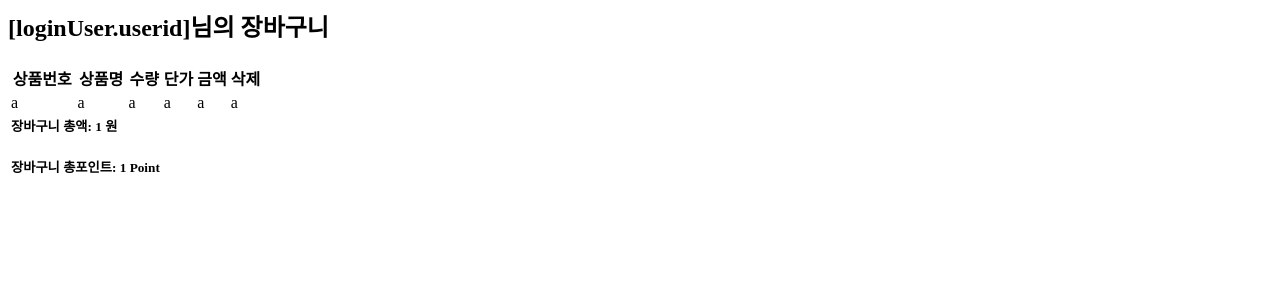
Repository: Jayking0215/myjava
Page: http://localhost/SpringWeb/WEB-INF/views/shop/cartList.jsp
An editor plug-in stored every save of this project. The page is shown before and after the next save, followed by the edit.
The browser window is 1280 px wide. The pictures show the whole page.
The page is served by Tomcat 9. Nobody is signed in. Other server files are loaded and not shown. The template is opened directly, without the code that normally fills it, so the values that code supplies are empty.

Above is the page before, as saved 2023-05-10 02:36:46.

### SpringWorkspace/SpringWeb/src/main/webapp/WEB-INF/views/shop/cartList.jsp
<%@ page language="java" contentType="text/html; charset=UTF-8"
	pageEncoding="UTF-8"%>
<div class="row">
	<div class="col-12">
		<h2 class="text-center">${loginUser.name}[loginUser.userid]님의
			장바구니</h2>
	</div>
</div>

<div class="row">
	<div class="col-12">
		<form name="orderF" id="orderF" action="order">
			<table class="table table=striped">
				<thead>
					<tr>
						<th>상품번호</th>
						<th>상품명</th>
						<th>수량</th>
						<th>단가</th>
						<th>금액</th>
						<th>삭제</th>
					</tr>
				</thead>
				<tbody>
					<!-- --------------------------------------- -->
					<tr>
						<td>a</td>
						<td>a</td>
						<td>a</td>
						<td>a</td>
						<td>a</td>
						<td>a</td>
					</tr>
					<!-- --------------------------------------- -->
					<tr>
						<td colspan="3">
							<h5>장바구니 총액: <span class="text-danger">1 원</span></h5>
							<h5>장바구니 총포인트: <span class="text-success">1 Point</span></h5>
						</td>
						<td colspan="3">

						</td>
					</tr>
				</tbody>
			</table>
		</form>
	</div>
</div>

After the next save:
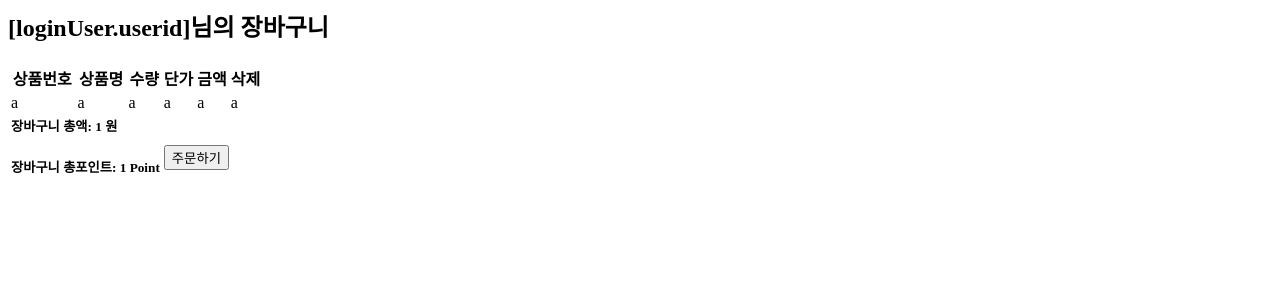
Saved 32 s later.
--- a/SpringWorkspace/SpringWeb/src/main/webapp/WEB-INF/views/shop/cartList.jsp
+++ b/SpringWorkspace/SpringWeb/src/main/webapp/WEB-INF/views/shop/cartList.jsp
@@ -38,7 +38,7 @@
 							<h5>장바구니 총포인트: <span class="text-success">1 Point</span></h5>
 						</td>
 						<td colspan="3">
-
+							<button class="btn btn-outline-info">주문하기</button>
 						</td>
 					</tr>
 				</tbody>
